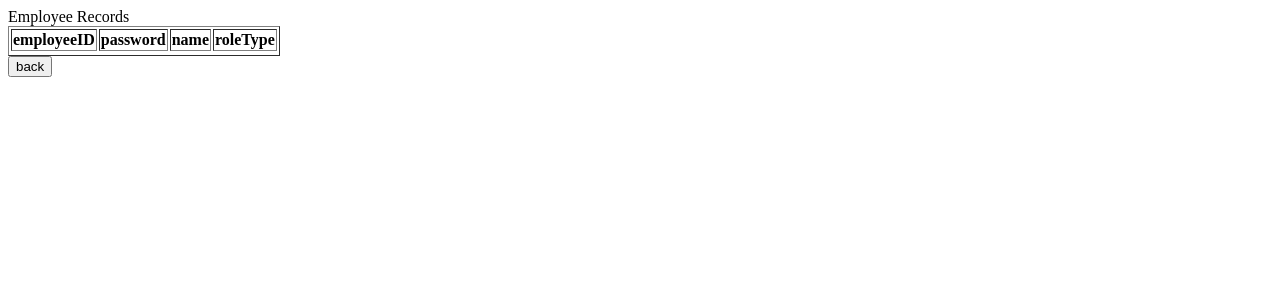
Repository: TarunSinghD/Object-Oriented-Design-Final-Project
Page: http://localhost/LeaveManagement/JSP/EmployeeRecords.jsp
An editor plug-in stored every save of this project. The page is shown before and after the next save, followed by the edit.
The browser window is 1280 px wide. The pictures show the whole page.
The page is served by Tomcat 9. Nobody is signed in. The application's start-up code is not run. Other server files are loaded and not shown. Queries for data that is not in the repository find no rows.

Above is the page before, as saved 2018-04-15 03:34:24.

### LeaveManagement/WebContent/JSP/EmployeeRecords.jsp
<%@ page language="java" contentType="text/html; charset=ISO-8859-1"
    pageEncoding="ISO-8859-1"%>
    <%@ page import="java.sql.*" %>
     <%@ page import="com.leave.model.*" %>
     <%@ page import="java.util.*" %>

<!DOCTYPE html PUBLIC "-//W3C//DTD HTML 4.01 Transitional//EN" "http://www.w3.org/TR/html4/loose.dtd">
<html>
<head>
<meta http-equiv="Content-Type" content="text/html; charset=ISO-8859-1">
<title>Insert title here</title>
</head>
<body>
Employee Records
<%
	HR hr = new HR();
	ArrayList<Employee> empList = hr.viewEmployeeDetails();

	//for(Employee e: empList)
	{
%>
 <TABLE BORDER="1">
                <TR>
                    <TH>employeeID</TH>
                    <TH>password</TH>
                    <TH>name</TH>
                    <TH>roleType</TH>
                </TR>
                <TR>

                </TR>
            </TABLE>
            <%
	}
            %>
            <button type="button" name="back" onclick="history.back()">back</button>
</body>
</html>

### LeaveManagement/src/com/leave/model/User.java
package com.leave.model;
/*
 * To change this license header, choose License Headers in Project Properties.
 * To change this template file, choose Tools | Templates
 * and open the template in the editor.
 */

import java.io.IOException;
import javax.servlet.http.HttpServletResponse;

public abstract class User {

	private int employeeID;
	private String password;
	private String name;
	private String roleType;


	// Methods

	public boolean login(String username, String password) {
		return false;

	}

	public String getPassword() {
		return password;

	}

	public String getName() {
		return name;

	}

	public String getRoleType() {
		return roleType;
		// return null;

	}

	public int getEmployeeID() {
		return employeeID;

	}

	public void setPassword(String password) {
		this.password = password;
	}

	public void setName(String name) {
		this.name = name;
	}

	public void setRoleType(String roletype) {
		this.roleType = roletype;
	}

	public void setEmployeeID(int employeeID) {
		this.employeeID = employeeID;
	}

	public void setAttributes(int employeeID, String password, String name, String roletype)
	{
		System.out.println("Setting attributes");
		this.setEmployeeID(employeeID);
		this.setPassword(password);
		this.setName(name);
		this.setRoleType(roletype);
	}

	public void printUserDetails()
	{
		System.out.println(this.getEmployeeID());
		System.out.println(this.getPassword());
		System.out.println(this.getName());
		System.out.println(this.getRoleType());
	}

	public abstract void handleRequest(HttpServletResponse response) throws IOException;

}

### LeaveManagement/src/com/leave/model/HR.java
package com.leave.model;
import java.sql.*;

import java.io.IOException;
import java.util.*;

import javax.servlet.http.HttpServletResponse;

public class HR extends User  {

	private ArrayList<LeaveApplication> hrLeaveAprrovalQ;
	private ArrayList<Employee> empList;

	public ArrayList<Employee> viewLeaveApproval() {
		return empList;

	}

	public void updateleaveBalance() {

	}

	public ArrayList<Employee> viewEmployeeDetails() {
		try {

				// load and register JDBC driver for MySQL
				Class.forName("com.mysql.jdbc.Driver");
				Connection con=DriverManager.getConnection("jdbc:mysql://localhost:3306/employee?autoReconnect=true&useSSL=false","root","sao!381TsL");
				Statement stmt=con.createStatement();



				ResultSet rs=stmt.executeQuery("SELECT * FROM employee.user");
				while(rs.next())
				{
					Employee emp = new Employee();
					emp.setAttributes(rs.getInt(1), rs.getString(2), rs.getString(3), rs.getString(4));
					this.empList.add(emp);
					System.out.println("Inside HR Class");
					emp.printUserDetails();
				}
			}

			catch (Exception exc) {
				System.out.print(exc);
			}
		return this.empList;
	}

	public Employee addEmployee() {
		return null;

	}

	public void deleteEmployee(int employeeID) {

	}

	public void handleRequest(HttpServletResponse response) {

		System.out.println("HR!!!!!!!!!");
		printUserDetails();
		try
		{
			response.sendRedirect("/LeaveManagement/JSP/HR.jsp");
		}
		catch (IOException ie)
		{
			ie.printStackTrace();
		}
	}
}

After the next save:
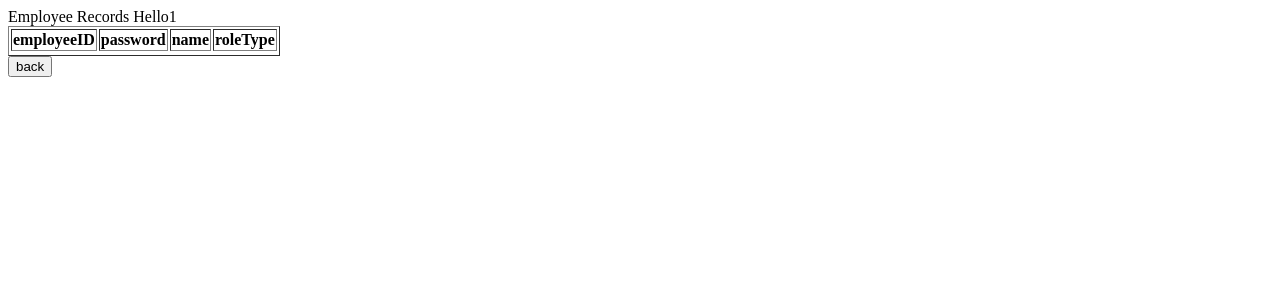
Saved 102 s later.
--- a/LeaveManagement/WebContent/JSP/EmployeeRecords.jsp
+++ b/LeaveManagement/WebContent/JSP/EmployeeRecords.jsp
@@ -13,6 +13,7 @@
 <body>
 Employee Records
 <%
+	out.println("Hello1");
 	HR hr = new HR();
 	ArrayList<Employee> empList = hr.viewEmployeeDetails();
 
